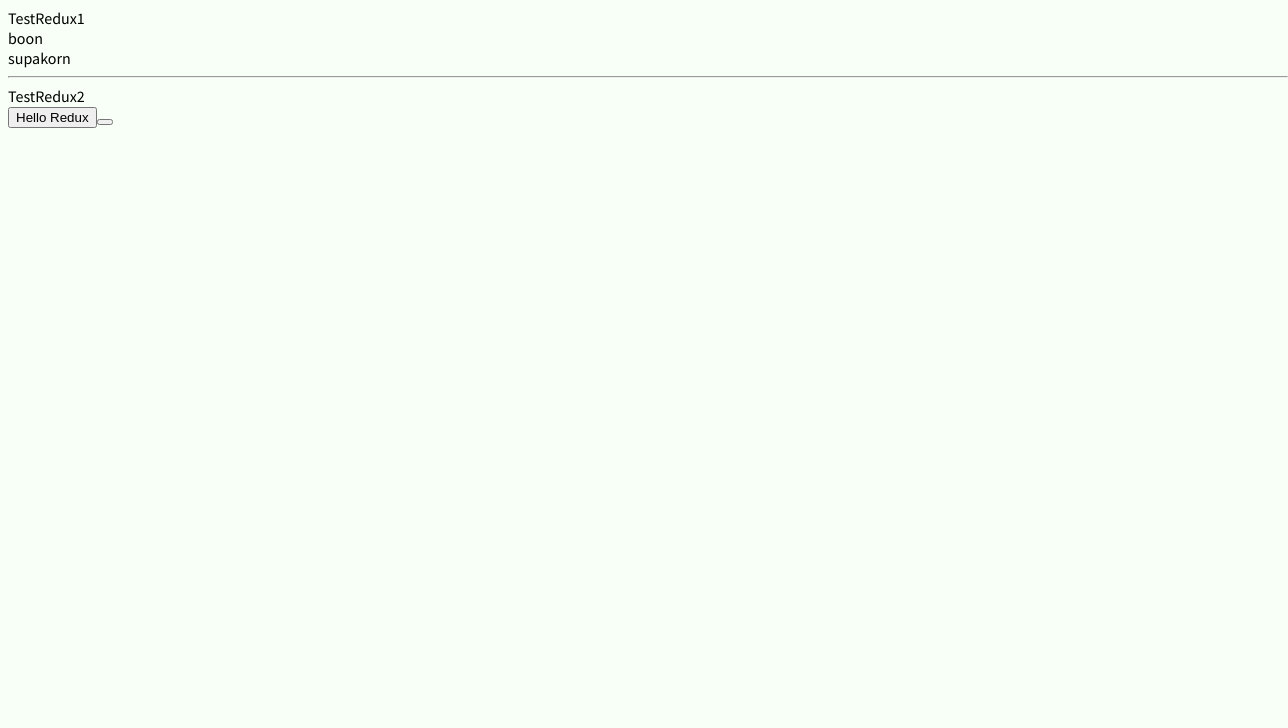
Repository: supakorn5039-boon/MERN
Page: /admin/viewtable (app in client/)
An editor plug-in stored every save of this project. The page is shown before and after a run of saves, followed by the edit.
The browser window is 1280 px wide. The page is 1288 px wide, so the pictures cover 1288 px, including what lies to the right of the window. The pictures show the whole page.
The page's requests for data from a server got no answer. The project was rebuilt for these pictures with package versions that can differ from the ones it lists, and the page was loaded fresh each time. No one was signed in, and anything a server would have sent is missing. Also part of the build but not shown: client/src/App.css, client/src/firebase.js, client/src/functions/product.js, client/src/components/FormProduct.js, client/src/components/FormEditProducts.js, client/src/layout/HeaderBar.js, client/src/layout/SideBar.js.

Above is the page before, as saved 2023-11-01 15:58:31.

### client/src/index.js
import React from "react";
import ReactDOM from "react-dom/client";
import "./index.css";
import App from "./App";
import reportWebVitals from "./reportWebVitals";

import { store } from "./store/store";
import { Provider } from "react-redux";

const root = ReactDOM.createRoot(document.getElementById("root"));
root.render(
  <React.StrictMode>
    <Provider store={store}>
      <App />
    </Provider>
  </React.StrictMode>
);

// If you want to start measuring performance in your app, pass a function
// to log results (for example: reportWebVitals(console.log))
// or send to an analytics endpoint. Learn more: https://bit.ly/CRA-vitals
reportWebVitals();

### client/src/index.css
@import url("https://fonts.googleapis.com/css2?family=Source+Sans+Pro:wght@400;600;700&display=swap");

html,
body,
#root,
.app,
.content {
  height: 100%;
  width: 100%;
  font-family: "Source Sans Pro", sans-serif;
  background-color: #f7fff7;
  overflow: hidden;
}
.content_body {
  background-color: rgb(223, 255, 216);
  width: 100%;
  height: 90%;
  overflow: scroll;
}
.app {
  display: flex;
  position: relative;
}
.menu-bars {
  text-decoration: none;
  color: #000;
}
::-webkit-scrollbar {
  width: 10px;
}

::-webkit-scrollbar-track {
  background: #e0e0e0;
}

::-webkit-scrollbar-thumb {
  background: #888;
}

::-webkit-scrollbar-thumb:hover {
  background: #555;
}

### client/src/App.jsx
import "./App.css";
import { BrowserRouter, Route, Routes } from "react-router-dom";
import FormProduct from "./components/FormProduct";
import FormEditProducts from "./components/FormEditProducts";

//Layout

import HeaderBar from "./layout/HeaderBar";
import SideBar from "./layout/SideBar";
import { CssBaseline, Box } from "@mui/material";
import TestRedux1 from "./components/TestRedux1";
import TestRedux2 from "./components/TestRedux2";

function App() {
  return (
    <BrowserRouter>
      <>
        {/* <CssBaseline />
        <div className="app">
          <SideBar />
          <main className="content">
            <HeaderBar />
            <div className="content_body">
              <Box m="20px">
                <Routes>
                  <Route path="/admin/viewtable" element={<FormProduct />} />
                  <Route path="/edit/:id" element={<FormEditProducts />} />
                </Routes>
              </Box>
            </div>
          </main>
        </div> */}

        <TestRedux1 />
        <hr />
        <TestRedux2 />
      </>
    </BrowserRouter>
  );
}

export default App;

### client/src/store/store.jsx
import { configureStore } from "@reduxjs/toolkit";

import userSlice from "./UserSlice";

export const store = configureStore({
  reducer: {
    user: userSlice,
  },
});

### client/src/components/TestRedux1.jsx
import React from "react";
import { useSelector } from "react-redux";

export default function TestRedux1() {
  const { user } = useSelector((state) => ({ ...state }));

  console.log("user", user);
  return (
    <div>
      TestRedux1
      <br />
      {user.value}
      <br />
      {user.user}
    </div>
  );
}

### client/src/components/TestRedux2.jsx
import React from "react";
import { useDispatch } from "react-redux";
import { login, logout } from "../store/UserSlice";

export default function TestRedux2() {
  const dispatch = useDispatch();
  return (
    <div>
      TestRedux2
      <br />
      <button onClick={() => dispatch(login())}>Hello Redux</button>
      <button onClick={() => dispatch(logout())}></button>
    </div>
  );
}

### client/src/store/UserSlice.jsx
import { createSlice } from "@reduxjs/toolkit";

const initialState = {
  value: "boon",
  user: "supakorn",
};

export const userSlice = createSlice({
  name: "user",
  initialState,
  reducers: {
    login: (state) => {
      state.value = "boon login";
      state.user = "Hello Supakorn";
    },
    logout: (state) => {
      state.value = "boon logout";
    },
    incrementByAmount: (state, action) => {
      state.value += action.payload;
    },
  },
});

// Action creators are generated for each case reducer function
export const { login, logout, incrementByAmount } = userSlice.actions;

export default userSlice.reducer;

Loaded but not shown: client/public/index.html (common file); client/src/reportWebVitals.js (common file)

After the next 2 saves:
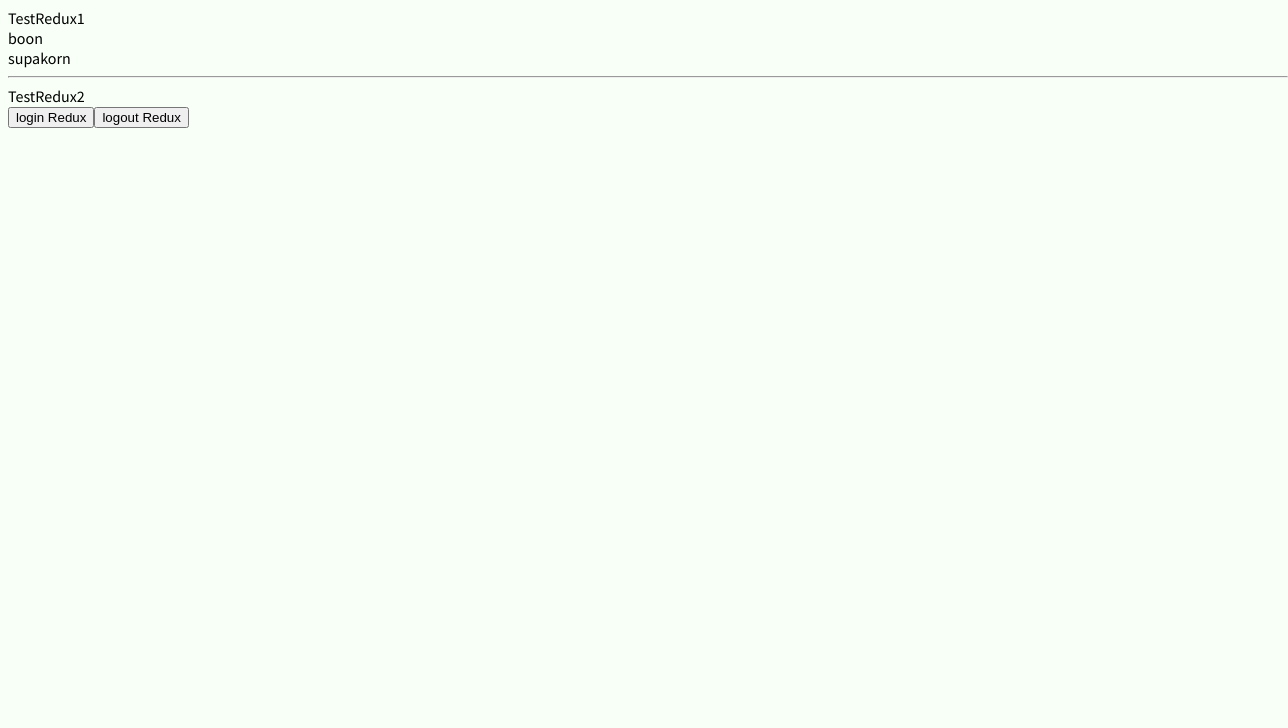
The 2 saves are shown as one change because they came seconds apart.
The last was saved 18 s later.
--- a/client/src/components/TestRedux2.jsx
+++ b/client/src/components/TestRedux2.jsx
@@ -8,8 +8,8 @@ export default function TestRedux2() {
     <div>
       TestRedux2
       <br />
-      <button onClick={() => dispatch(login())}>Hello Redux</button>
-      <button onClick={() => dispatch(logout())}></button>
+      <button onClick={() => dispatch(login())}>login Redux</button>
+      <button onClick={() => dispatch(logout())}>logout Redux</button>
     </div>
   );
 }
